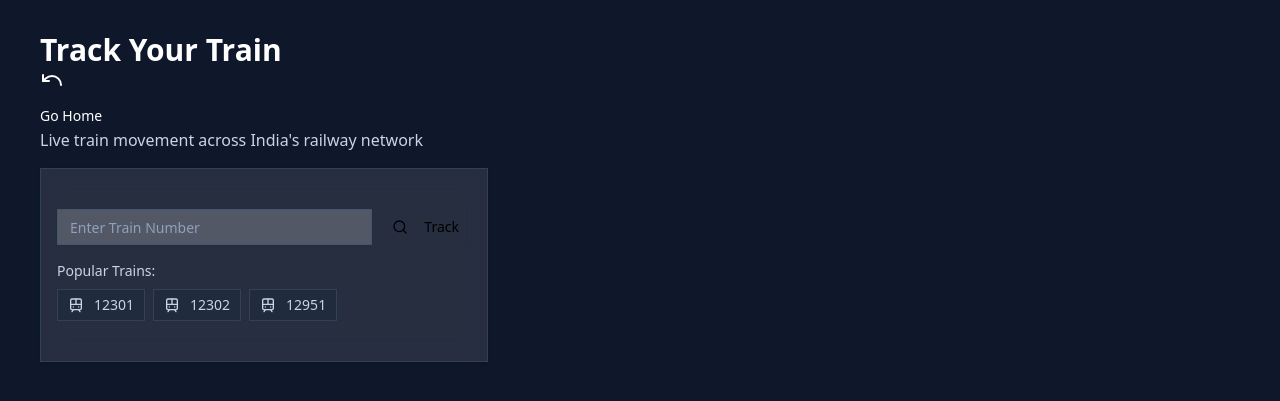
Repository: dhwanijain-dev/IRCTC
Page: /trackingtrain
These files come from the project's save history. The page is drawn as it stood at one moment and after a run of saves; the edit follows.
The browser window is 1280 px wide. The pictures show the whole page.
The project was rebuilt for these pictures with package versions that can differ from the ones it lists, and the page was loaded fresh each time. The framework's server and built-in components were replaced by stand-ins that run in the browser. Also part of the build but not shown: next.config.js, src/components/ui/badge.tsx, src/components/train-status-panel.tsx.

Above is the page before, as saved 2025-03-23 22:36:08.

After the next 3 saves:
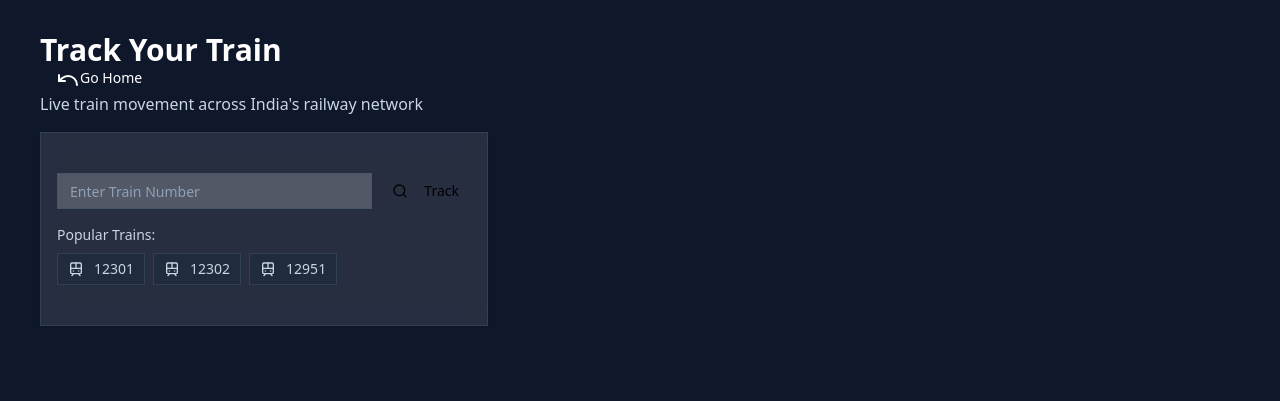
The 3 saves are shown as one change because they came seconds apart.
The last was saved 11 s later.
--- a/src/app/trackingtrain/page.tsx
+++ b/src/app/trackingtrain/page.tsx
@@ -303,7 +303,7 @@ export default function TrackYourTrainPage() {
                 <div className="container mx-auto h-full flex flex-col">
                     {/* Header */}
                     <div className="pt-8 pb-4 pointer-events-auto">
-                        <h1 className="text-3xl font-bold text-white">Track Your Train <Link className="ml-4 text-sm font-light" href="/"><Undo/> Go Home</Link> </h1>
+                        <h1 className="text-3xl font-bold text-white">Track Your Train <Link className="ml-4 text-sm font-light flex" href="/"><Undo/> Go Home</Link> </h1>
                         <p className="text-slate-300">Live train movement across India's railway network</p>
                     </div>
 
